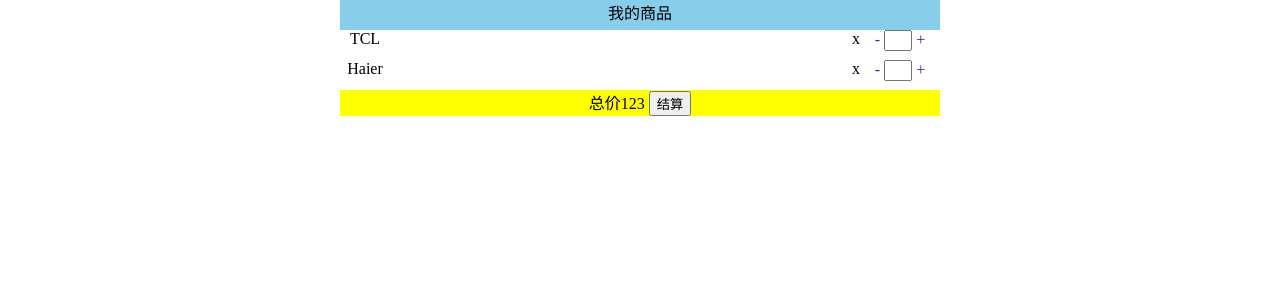
Repository: R1Deemo/Vue
Page: 10购物车.html
These files come from the project's save history. The page is drawn as it stood at one moment and after the next save; the edit follows.
The browser window is 1280 px wide. The pictures show the whole page.

Above is the page before, as saved 2022-11-14 15:32:10.

After the next save:
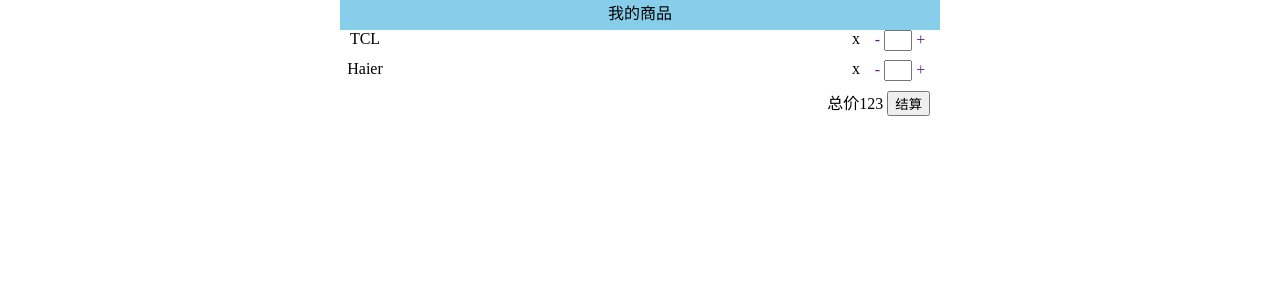
Saved 92 s later.
--- a/css/购物车.css
+++ b/css/购物车.css
@@ -49,5 +49,10 @@
 .total {
     background-color: yellow;
     width: 100%;
-    float: right;
+    position: relative;
 }
+
+#foot {
+    position: absolute;
+    right: 10px;
+}
